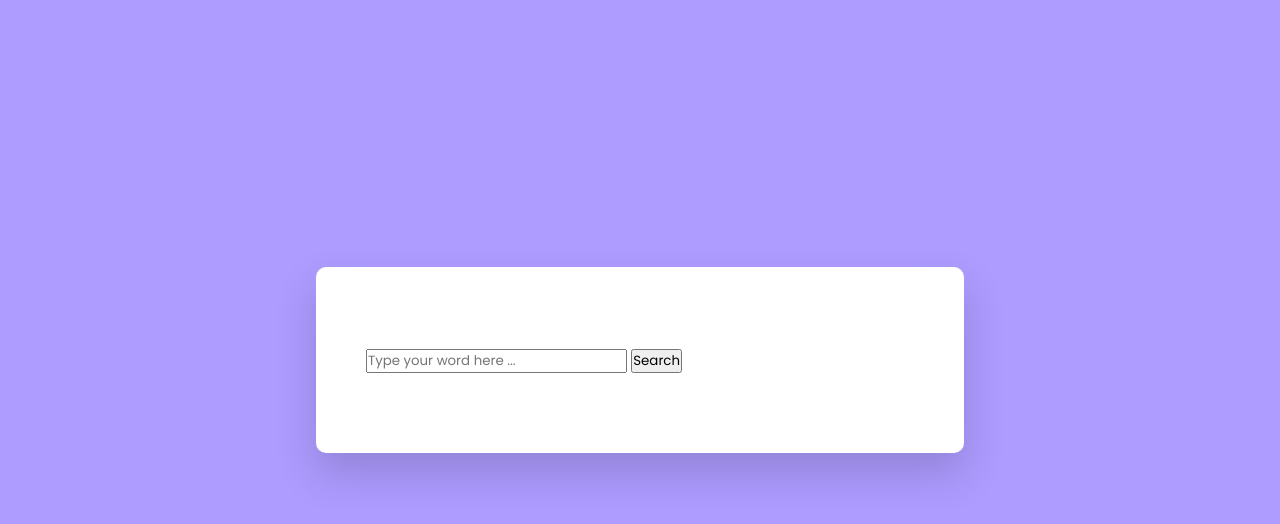
Repository: MohamedMostafaTaha/Translation_app
Page: index.html
These files come from the project's save history. The page is drawn as it stood at one moment and after the next save; the edit follows.
The browser window is 1280 px wide. The pictures show the whole page.

Above is the page before, as saved 2023-09-16 18:06:15.

### index.html
<!DOCTYPE html>
<html lang="en">
  <head>
    <meta charset="UTF-8" />
    <meta name="viewport" content="width=device-width, initial-scale=1.0" />
    <title>Document</title>
    <link rel="preconnect" href="https://fonts.googleapis.com" />
    <link rel="preconnect" href="https://fonts.gstatic.com" crossorigin />
    <link
      href="https://fonts.googleapis.com/css2?family=Poppins:ital,wght@0,100;0,200;0,300;0,400;0,500;0,600;0,700;0,800;0,900;1,100;1,200;1,300;1,400;1,500;1,600;1,700;1,800;1,900&display=swap"
      rel="stylesheet"
    />
    <link rel="stylesheet" href="style.css" />
  </head>
  <body>
    <div class="container">
      <div class="search-box">
        <input
          type="text"
          placeholder="Type your word here ..."
          id="inp-word"
        />
        <button id="search-btn">Search</button>
      </div>
    </div>
    <script src="main.js"></script>
  </body>
</html>

### style.css
* {
  padding: 0;
  margin: 0;
  box-sizing: border-box;
}

*:not(i) {
  font-family: "Poppins", sans-serif;
}

body {
  background-color: #ae9cff;
}

.container {
  background-color: #ffffff;
  width: 90vmin;
  position: absolute;
  transform: translate(-50%, -50%);
  top: 50%;
  left: 50%;
  padding: 80px 50px;
  border-radius: 10px;
  box-shadow: 0 20px 40px rgba(38, 33, 61, 0.2);
}

Loaded but not shown: main.js (no copy from this time; the picture is the same without it)

After the next save:
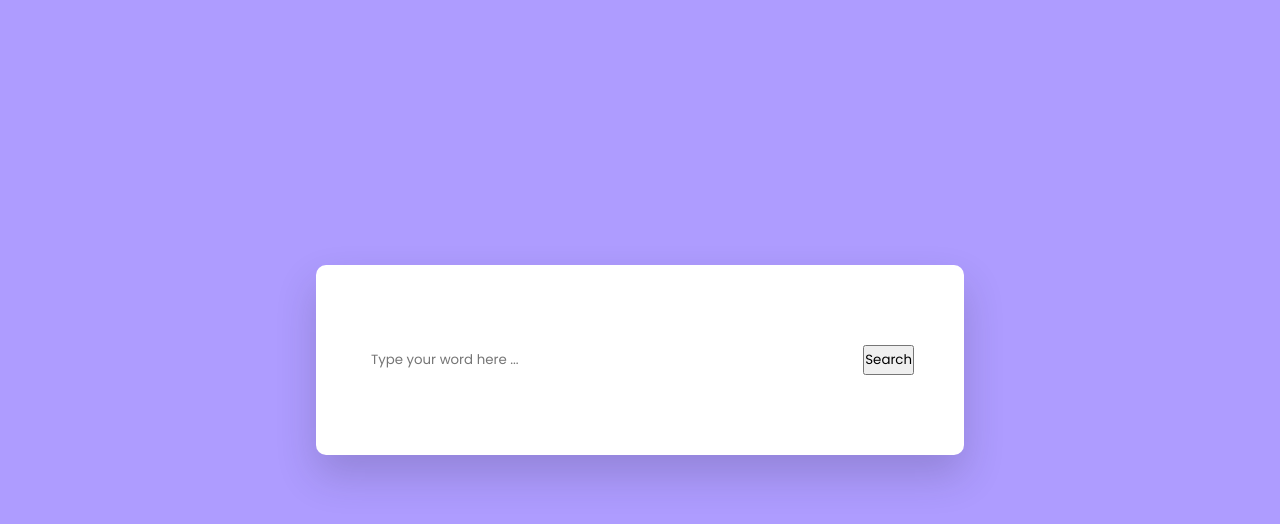
Saved 67 s later.
--- a/style.css
+++ b/style.css
@@ -23,3 +23,15 @@
   border-radius: 10px;
   box-shadow: 0 20px 40px rgba(38, 33, 61, 0.2);
 }
+
+.search-box {
+  width: 100%;
+  display: flex;
+  justify-content: space-between;
+}
+
+.search-box input {
+  padding: 5px;
+  width: 70%;
+  border: none;
+}
